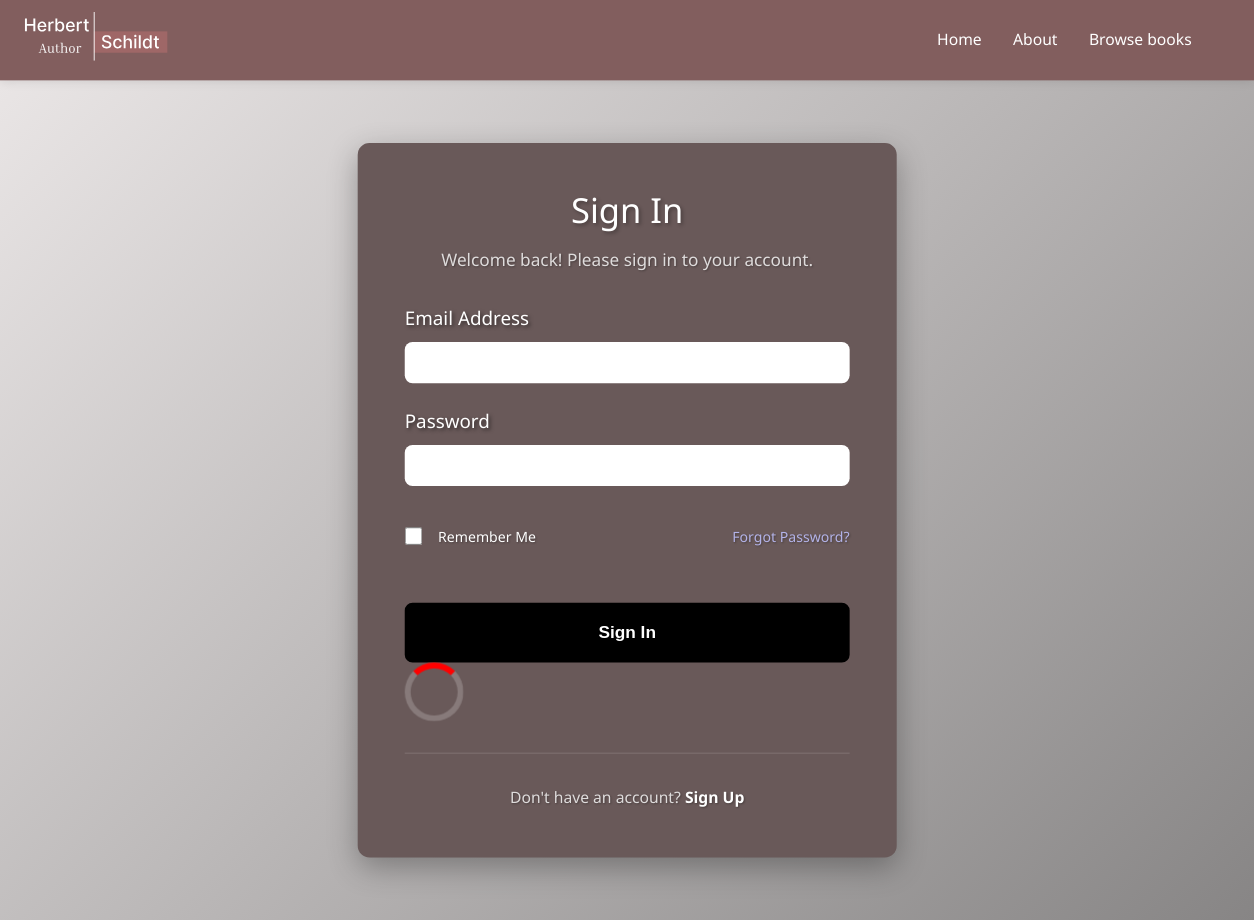
Repository: Darkrepo23/Author-Website-
Page: pages/login.html
These files come from the project's save history. The page is drawn as it stood at one moment and after the next save; the edit follows.
The browser window is 1280 px wide. The pictures show the whole page, at 98% of full size.

Above is the page before, as saved 2025-09-09 16:42:13.

### pages/login.html
<!DOCTYPE html>
<html lang="en">
<head>
    <meta charset="UTF-8">
    <meta name="viewport" content="width=device-width, initial-scale=1.0">
    <title>Sign In - Herbert Schildt</title>
    <link rel="stylesheet" href="../css/styles.css">
    <link rel="stylesheet" href="../css/login.css">
    <link href="https://cdnjs.cloudflare.com/ajax/libs/font-awesome/6.0.0/css/all.min.css" rel="stylesheet">
</head>
<body>
    <!-- Header -->
    <header class="header">
        <div class="header-left">
            <div class="logo">
                <img src="../img/logo-white.svg" alt="Herbert Schildt Logo" class="logo-image">
            </div>
        </div>
        <nav class="nav">
            <a href="../index.html" class="nav-link">Home</a>
            <a href="About/about.html" class="nav-link">About</a>
            <a href="../browse-book.html" class="nav-link">Browse books</a>
        </nav>
    </header>

    <!-- Main Content -->
    <main class="main-content">
        <div class="login-container">
            <div class="login-card">
                <h2 class="login-title">Sign In</h2>
                <p class="login-subtitle">Welcome back! Please sign in to your account.</p>

                <form class="login-form" id="loginForm">
                    <div class="form-group">
                        <label for="email">Email Address</label>
                        <input type="email" id="email" name="email" required>
                    </div>

                    <div class="form-group">
                        <label for="password">Password</label>
                        <input type="password" id="password" name="password" required>
                    </div>

                    <div class="form-options">
                        <label class="checkbox-label">
                            <input type="checkbox" id="remember" name="remember">
                            <span class="checkmark"></span>
                            Remember Me
                        </label>
                        <a href="forgot-password.html" id="forgotLink" class="forgot-link">Forgot Password?</a>
                    </div>

                    <button type="submit" class="login-btn">Sign In</button>
                </form>

        <div class="loading-Overlay" id="loadingOverlay">
            <div class="spinner"></div>
        </div>


                <div class="signup-link">
                    <p>Don't have an account? <a href="signup.html">Sign Up</a></p>
                </div>
            </div>
        </div>
    </main>

    <script src="../js/login.js"></script>
    <script>
        user = localStorage.getItem('users')
        console.log(user)
    </script>
</body>
</html>

### css/styles.css
/* Reset and Base Styles */
* {
    margin: 0;
    padding: 0;
    box-sizing: border-box;
}

body {
    font-family: 'Segoe UI', Tahoma, Geneva, Verdana, sans-serif;
    line-height: 1.6;
    color: #333;
    background: linear-gradient(135deg, #EDE9E9, #878585);
}

/* Header Styles */
.header {
    background: #825E5E;
    color: white;
    padding: 1rem 2rem;
    display: flex;
    align-items: center;
    box-shadow: 0 2px 10px rgba(0,0,0,0.1);
}

.header-left .logo {
    display: flex;
    align-items: center;
    gap: 0.1rem;
    margin-left: -0.5rem;
    transform: translateY(-0.25rem);
}

.logo-image {
    height: 50px;
    width: auto;
    object-fit: contain;
}

.logo-left {
    display: flex;
    flex-direction: column;
    align-items: center;
}

.logo-left h1 {
    font-size: 1rem;
    font-weight: bold;
    margin: 0;
    transform: translateY(0.1rem);
}

.logo-left span {
    font-size: 0.6rem;
    opacity: 0.8;
    margin: 0;
    margin-left: 0;
    transform: translateY(0);
    text-align: center;
}

.logo-separator {
    font-size: 1.1rem;
    font-weight: 300;
    opacity: 0.7;
    margin: 0 0.1rem;
    transform: scaleY(2.5);
}

.logo-right h2 {
    font-size: 1rem;
    font-weight: bold;
    margin: 0;
    background: #B8860B;
    padding: 0.1rem 0.3rem;
    border-radius: 4px;
    transform: translateY(0.8rem);
}

.nav {
    display: flex;
    gap: 2rem;
    margin-left: auto;
    margin-right: 2rem;
}

.nav-link {
    color: white;
    text-decoration: none;
    font-weight: 500;
    transition: opacity 0.3s;
}

.nav-link:hover {
    opacity: 0.8;
}

.header-right {
    display: flex;
    align-items: center;
    gap: 2rem;
}

.cart-icon {
    position: relative;
    cursor: pointer;
    font-size: 1.5rem;
    transition: transform 0.3s;
}

.cart-icon:hover {
    transform: scale(1.1);
}

.cart-count {
    position: absolute;
    top: -8px;
    right: -8px;
    background: #dc3545;
    color: white;
    border-radius: 50%;
    width: 20px;
    height: 20px;
    display: flex;
    align-items: center;
    justify-content: center;
    font-size: 0.8rem;
    font-weight: bold;
}

.user-profile {
    display: flex;
    align-items: center;
    gap: 1rem;
}

.user-avatar {
    width: 40px;
    height: 40px;
    background: rgba(255,255,255,0.2);
    border-radius: 50%;
    display: flex;
    align-items: center;
    justify-content: center;
    font-size: 1.2rem;
}

.user-info {
    display: flex;
    flex-direction: column;
}

.user-name {
    font-weight: 600;
    font-size: 0.9rem;
}

.user-status {
    font-size: 0.8rem;
    opacity: 0.8;
}

/* Main Content Styles */
.main-content {
    max-width: 1200px;
    margin: 0 auto;
    padding: 2rem;
}

.section-title {
    font-size: 2.5rem;
    font-weight: bold;
    text-align: center;
    margin-bottom: 1rem;
    color: #2c3e50;
}

.section-description {
    text-align: center;
    font-size: 1.1rem;
    color: #666;
    margin-bottom: 2rem;
    max-width: 600px;
    margin-left: auto;
    margin-right: auto;
}

/* Browse Section */
.browse-section {
    text-align: center;
    margin-bottom: 4rem;
}

.search-container {
    display: flex;
    justify-content: center;
    gap: 0.5rem;
    max-width: 500px;
    margin: 0 auto;
}

.search-input {
    flex: 1;
    padding: 1rem;
    border: 2px solid #ddd;
    border-radius: 8px;
    font-size: 1rem;
    outline: none;
    transition: border-color 0.3s;
}

.search-input:focus {
    border-color: #8B4513;
}

.search-btn {
    background: #dc3545;
    color: white;
    border: none;
    padding: 1rem 1.5rem;
    border-radius: 8px;
    cursor: pointer;
    font-size: 1rem;
    transition: background-color 0.3s;
}

.search-btn:hover {
    background: #c82333;
}

/* Languages Section */
.languages-section {
    margin-bottom: 4rem;
}

.languages-section .section-title {
    font-size: 2rem;
    margin-bottom: 2rem;
}

.language-cards {
    display: flex;
    justify-content: center;
    gap: 2rem;
    max-width: 900px;
    margin: 0 auto;
    flex-wrap: wrap;
}

.language-card {
    background: #495057;
    color: white;
    padding: 2rem;
    border-radius: 12px;
    text-align: center;
    cursor: pointer;
    transition: transform 0.3s, box-shadow 0.3s;
}

.language-card:hover {
    transform: translateY(-5px);
    box-shadow: 0 10px 25px rgba(0,0,0,0.2);
}

.language-icon {
    font-size: 3rem;
    margin-bottom: 1rem;
    color: white;
    display: flex;
    align-items: center;
    justify-content: center;
}

.language-card h4 {
    font-size: 1.5rem;
    margin-bottom: 0.5rem;
}

.language-card p {
    opacity: 0.9;
    font-size: 1rem;
}

/* Featured Books Section */
.featured-section {
    margin-bottom: 4rem;
}

.featured-section .section-title {
    font-size: 2rem;
    margin-bottom: 2rem;
}

.books-grid {
    display: grid;
    grid-template-columns: repeat(auto-fit, minmax(350px, 1fr));
    gap: 2rem;
    margin-bottom: 2rem;
    justify-items: center;
    max-width: 1200px;
    margin-left: auto;
    margin-right: auto;
}

.book-card {
    background: white;
    border-radius: 12px;
    overflow: hidden;
    box-shadow: 0 5px 15px rgba(0,0,0,0.1);
    transition: transform 0.3s, box-shadow 0.3s;
    width: 100%;
    max-width: 350px;
    min-height: 500px;
    display: flex;
    flex-direction: column;
}

.book-card:hover {
    transform: translateY(-5px);
    box-shadow: 0 15px 30px rgba(0,0,0,0.15);
}

.book-cover {
    height: 200px;
    min-height: 200px;
    max-height: 200px;
    display: flex;
    align-items: center;
    justify-content: center;
    color: white;
    font-weight: bold;
    text-align: center;
    padding: 1rem;
    position: relative;
    flex-shrink: 0;
}

.book-cover.java {
    background: linear-gradient(135deg, #dc3545, #c82333);
}

.book-cover.c {
    background: linear-gradient(135deg, #fd7e14, #e55a00);
}

.book-cover.cpp {
    background: repeating-linear-gradient(
        45deg,
        #000,
        #000 10px,
        #fff 10px,
        #fff 20px
    );
    color: #000;
}

.book-cover.csharp {
    background: linear-gradient(135deg, #68217A, #512BD4);
}

.book-cover.python {
    background: linear-gradient(135deg, #3776AB, #FFD43B);
    color: #000;
}

.book-banner {
    position: absolute;
    top: 10px;
    right: 10px;
    background: #dc3545;
    color: white;
    padding: 0.25rem 0.5rem;
    border-radius: 4px;
    font-size: 0.8rem;
    font-weight: bold;
}

.book-info {
    padding: 1.5rem;
    flex: 1;
    display: flex;
    flex-direction: column;
    justify-content: space-between;
}

.book-title {
    font-size: 1.3rem;
    font-weight: bold;
    margin-bottom: 0.5rem;
    color: #2c3e50;
}

.book-description {
    color: #666;
    margin-bottom: 1rem;
    line-height: 1.5;
}

.book-rating {
    display: flex;
    align-items: center;
    gap: 0.5rem;
    margin-bottom: 1rem;
}

.stars {
    color: #ffc107;
}

.rating-score {
    font-weight: bold;
    color: #2c3e50;
}

.book-price {
    font-size: 1.5rem;
    font-weight: bold;
    color: #2c3e50;
    margin-bottom: 1rem;
}

.book-actions {
    display: flex;
    gap: 1rem;
    margin-top: auto;
}

.preview-btn {
    background: white;
    color: #2c3e50;
    border: 2px solid #ddd;
    padding: 0.75rem 1.5rem;
    border-radius: 8px;
    cursor: pointer;
    font-weight: 500;
    transition: all 0.3s;
    display: flex;
    align-items: center;
    gap: 0.5rem;
}

.preview-btn:hover {
    border-color: #8B4513;
    color: #8B4513;
}

.add-to-cart-btn {
    background: #dc3545;
    color: white;
    border: none;
    padding: 0.75rem 1.5rem;
    border-radius: 8px;
    cursor: pointer;
    font-weight: 500;
    transition: background-color 0.3s;
    display: flex;
    align-items: center;
    gap: 0.5rem;
    flex: 1;
}

.add-to-cart-btn:hover {
    background: #c82333;
}

.load-more-btn {
    background: #dc3545;
    color: white;
    border: none;
    padding: 1rem 2rem;
    border-radius: 8px;
    cursor: pointer;
    font-size: 1rem;
    font-weight: 500;
    transition: background-color 0.3s;
    display: block;
    margin: 0 auto;
}

.load-more-btn:hover {
    background: #c82333;
}

/* Footer Styles */
.footer {
    background: #495057;
    color: white;
    padding: 3rem 2rem 1rem;
}

.footer-content {
    max-width: 1200px;
    margin: 0 auto;
    display: grid;
    grid-template-columns: 1fr 1fr;
    gap: 3rem;
    margin-bottom: 2rem;
}

.footer-left h4,
.footer-right h4 {
    font-size: 1.5rem;
    margin-bottom: 1rem;
    color: #fff;
}

.footer-left p {
    margin-bottom: 1.5rem;
    line-height: 1.6;
    opacity: 0.9;
}

.social-icons {
    display: flex;
    gap: 1rem;
}

.social-icon {
    width: 40px;
    height: 40px;
    background: #000;
    border-radius: 50%;
    display: flex;
    align-items: center;
    justify-content: center;
    color: white;
    text-decoration: none;
    transition: background-color 0.3s;
}

.social-icon:hover {
    background: #dc3545;
}

.contact-info {
    display: flex;
    flex-direction: column;
    gap: 1rem;
}

.contact-item {
    display: flex;
    align-items: center;
    gap: 1rem;
}

.contact-item i {
    width: 20px;
    color: #dc3545;
}

.footer-bottom {
    text-align: center;
    padding-top: 2rem;
    border-top: 1px solid rgba(255,255,255,0.1);
    opacity: 0.8;
}

/* Modal Styles */
.cart-modal,
.preview-modal {
    display: none;
    position: fixed;
    top: 0;
    left: 0;
    width: 100%;
    height: 100%;
    background: rgba(0,0,0,0.5);
    z-index: 1000;
}

.cart-content,
.preview-content {
    position: absolute;
    top: 50%;
    left: 50%;
    transform: translate(-50%, -50%);
    background: white;
    padding: 2rem;
    border-radius: 12px;
    max-width: 500px;
    width: 90%;
    max-height: 80vh;
    overflow-y: auto;
}

.cart-header,
.preview-header {
    display: flex;
    justify-content: space-between;
    align-items: center;
    margin-bottom: 1.5rem;
    padding-bottom: 1rem;
    border-bottom: 1px solid #ddd;
}

.close-cart,
.close-preview {
    background: none;
    border: none;
    font-size: 1.5rem;
    cursor: pointer;
    color: #666;
}

.close-cart:hover,
.close-preview:hover {
    color: #dc3545;
}

.cart-items {
    margin-bottom: 1.5rem;
}

.cart-item {
    display: flex;
    justify-content: space-between;
    align-items: center;
    padding: 1rem 0;
    border-bottom: 1px solid #eee;
}

.cart-item-info h5 {
    margin-bottom: 0.25rem;
}

.cart-item-price {
    font-weight: bold;
    color: #dc3545;
}

.remove-item {
    background: #dc3545;
    color: white;
    border: none;
    padding: 0.5rem;
    border-radius: 4px;
    cursor: pointer;
    font-size: 0.8rem;
}

.cart-total {
    font-size: 1.2rem;
    font-weight: bold;
    text-align: right;
    margin-bottom: 1rem;
    padding-top: 1rem;
    border-top: 2px solid #ddd;
}

.checkout-btn {
    background: #28a745;
    color: white;
    border: none;
    padding: 1rem 2rem;
    border-radius: 8px;
    cursor: pointer;
    font-size: 1rem;
    font-weight: 500;
    width: 100%;
    transition: background-color 0.3s;
}

.checkout-btn:hover {
    background: #218838;
}

/* Responsive Design */
@media (max-width: 768px) {
    .header {
        flex-direction: column;
        gap: 1rem;
        padding: 1rem;
    }

    .header-right {
        gap: 1rem;
    }

    .main-content {
        padding: 1rem;
    }

    .section-title {
        font-size: 2rem;
    }

    .language-cards {
        flex-direction: column;
        align-items: center;
        gap: 1.5rem;
    }

    .books-grid {
        grid-template-columns: 1fr;
        justify-items: center;
    }

    .footer-content {
        grid-template-columns: 1fr;
        gap: 2rem;
    }

    .search-container {
        flex-direction: column;
    }

    .book-actions {
        flex-direction: column;
    }
}

@media (max-width: 480px) {
    .header {
        padding: 0.5rem;
    }

    .logo-left h1 {
        font-size: 1.2rem;
    }

    .logo-right h2 {
        font-size: 1.1rem;
    }

    .logo-separator {
        font-size: 1.5rem;
    }

    .main-content {
        padding: 0.5rem;
    }

    .section-title {
        font-size: 1.5rem;
    }

    .cart-content,
    .preview-content {
        width: 95%;
        padding: 1rem;
    }
}

### css/login.css
/* Login Page Styles */
.login-container {
    display: flex;
    justify-content: center;
    align-items: center;
    min-height: calc(100vh - 200px);
    padding: 2rem;
}

.login-card {
    background: #695959;
    color: white;
    padding: 2.5rem 3rem 3rem 3rem;
    border-radius: 12px;
    box-shadow: 0 10px 30px rgba(0,0,0,0.3);
    width: 100%;
    max-width: 550px;
}

.login-title {
    font-size: 2.2rem;
    font-weight: 500;
    text-align: center;
    margin-bottom: 0.5rem;
    color: white;
    text-shadow: 2px 2px 4px rgba(0,0,0,0.3);
}

.login-subtitle {
    text-align: center;
    color: rgba(255,255,255,0.8);
    margin-bottom: 2rem;
    font-size: 1.1rem;
    text-shadow: 1px 1px 2px rgba(0,0,0,0.3);
}

.login-form {
    display: flex;
    flex-direction: column;
    gap: 1.5rem;
}

.form-group {
    display: flex;
    flex-direction: column;
    gap: 0.5rem;
}

.form-group label {
    font-weight: 500;
    color: white;
    font-size: 1.2rem;
    text-shadow: 2px 2px 4px rgba(0,0,0,0.5);
}

.form-group input {
    padding: 0.75rem;
    border: none;
    border-radius: 8px;
    font-size: 1rem;
    background: white;
    color: #333;
    transition: box-shadow 0.3s;
}

.form-group input:focus {
    outline: none;
    box-shadow: 0 0 0 3px rgba(139, 69, 19, 0.3);
}

.form-options {
    display: flex;
    justify-content: space-between;
    align-items: center;
    margin: 1rem 0;
}

.checkbox-label {
    display: flex;
    align-items: center;
    gap: 0.5rem;
    cursor: pointer;
    color: white;
    font-size: 0.9rem;
    text-shadow: 1px 1px 2px rgba(0,0,0,0.3);
}

.checkbox-label input[type="checkbox"] {
    width: 18px;
    height: 18px;
    margin: 0;
}

.forgot-link {
    color: #B3B3E8;
    text-decoration: none;
    font-size: 0.9rem;
    transition: color 0.3s;
    text-shadow: 1px 1px 2px rgba(0,0,0,0.3);
}

.forgot-link:hover {
    color: #B3B3E8;
    text-decoration: underline;
}

.login-btn {
    background: #000000;
    color: white;
    border: 4px solid #000000;
    padding: 1rem 2rem;
    border-radius: 8px;
    font-size: 1.1rem;
    font-weight: 900;
    cursor: pointer;
    transition: all 0.3s;
    margin-top: 1rem;
}

.login-btn:hover {
    background: #333333;
}

.signup-link {
    text-align: center;
    margin-top: 2rem;
    padding-top: 2rem;
    border-top: 1px solid rgba(255,255,255,0.2);
}

.signup-link p {
    color: rgba(255,255,255,0.8);
    margin: 0;
    text-shadow: 1px 1px 2px rgba(0,0,0,0.3);
}

.signup-link a {
    color: white;
    text-decoration: none;
    font-weight: 600;
    transition: color 0.3s;
    text-shadow: 1px 1px 2px rgba(0,0,0,0.3);
}

.signup-link a:hover {
    color: white;
    text-decoration: underline;
}

    .loading-overlay {
    position: fixed;
    top: 0;
    left: 0;
    width: 100%;
    height: 100%;
    background: rgba(0, 0, 0, 0.8);
    display: none; /* hidden first */
    justify-content: center;
    align-items: center;
    z-index: 9999;
  }

  .spinner {
    width: 60px;
    height: 60px;
    border: 6px solid #ffffff33;
    border-top-color: red;
    border-radius: 50%;
    animation: spin 1s linear infinite;
  }

  @keyframes spin {
    to {
      transform: rotate(360deg);
    }
  }



/* Responsive Design */
@media (max-width: 768px) {
    .login-container {
        padding: 1rem;
    }

    .login-card {
        padding: 2rem;
    }

    .login-title {
        font-size: 2rem;
    }

    .form-options {
        flex-direction: column;
        gap: 1rem;
        align-items: flex-start;
    }
}

@media (max-width: 480px) {
    .login-card {
        padding: 1.5rem;
    }

    .login-title {
        font-size: 1.8rem;
    }

    .login-subtitle {
        font-size: 1rem;
    }
}

Loaded but not shown: js/login.js (183 lines, source omitted)

After the next save:
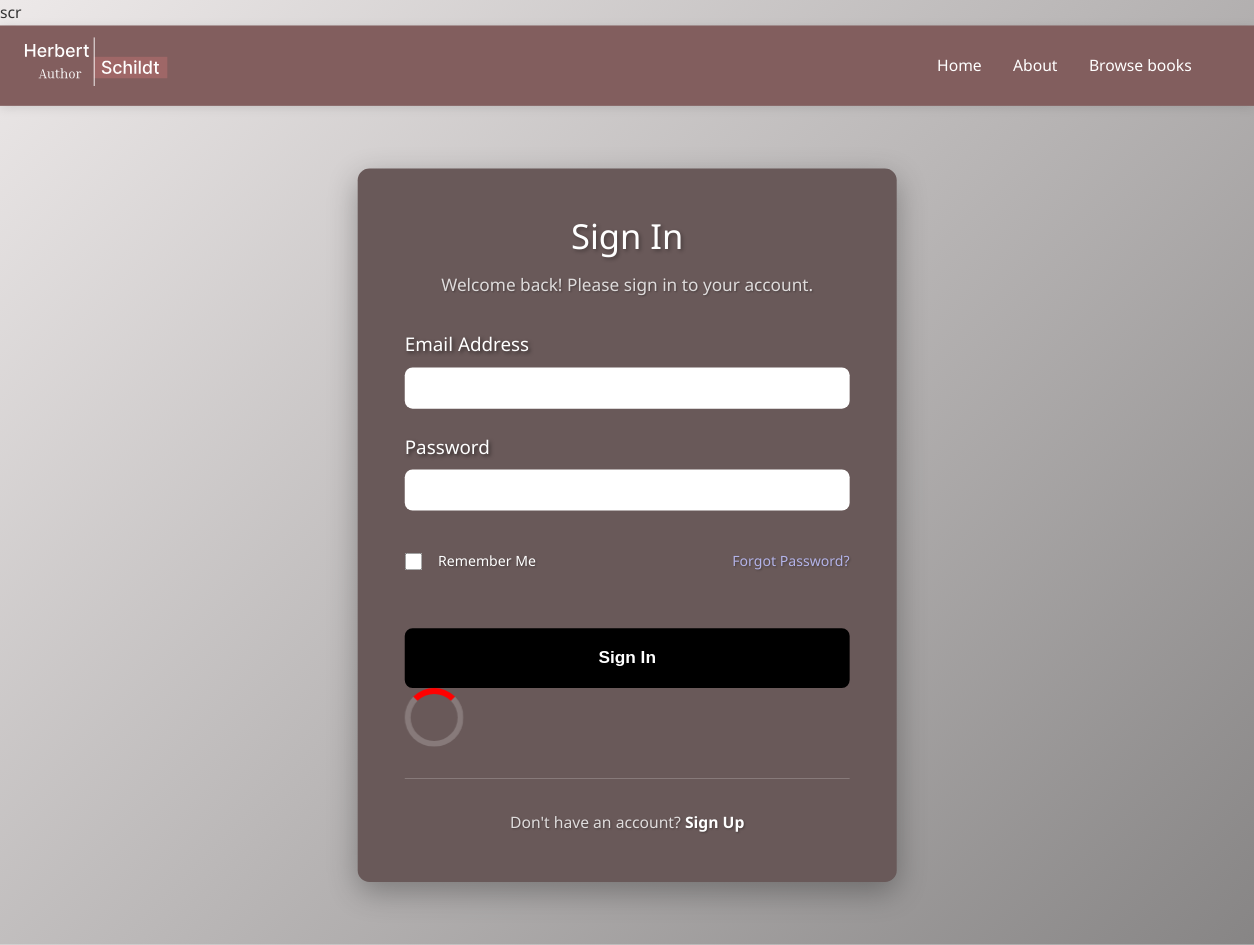
Saved 30 s later.
--- a/pages/login.html
+++ b/pages/login.html
@@ -1,13 +1,16 @@
 <!DOCTYPE html>
 <html lang="en">
+
 <head>
     <meta charset="UTF-8">
     <meta name="viewport" content="width=device-width, initial-scale=1.0">
     <title>Sign In - Herbert Schildt</title>
     <link rel="stylesheet" href="../css/styles.css">
     <link rel="stylesheet" href="../css/login.css">
+    scr
     <link href="https://cdnjs.cloudflare.com/ajax/libs/font-awesome/6.0.0/css/all.min.css" rel="stylesheet">
 </head>
+
 <body>
     <!-- Header -->
     <header class="header">
@@ -53,9 +56,9 @@
                     <button type="submit" class="login-btn">Sign In</button>
                 </form>
 
-        <div class="loading-Overlay" id="loadingOverlay">
-            <div class="spinner"></div>
-        </div>
+                <div class="loading-Overlay" id="loadingOverlay">
+                    <div class="spinner"></div>
+                </div>
 
 
                 <div class="signup-link">
@@ -71,4 +74,5 @@
         console.log(user)
     </script>
 </body>
+
 </html>

After the save that followed:
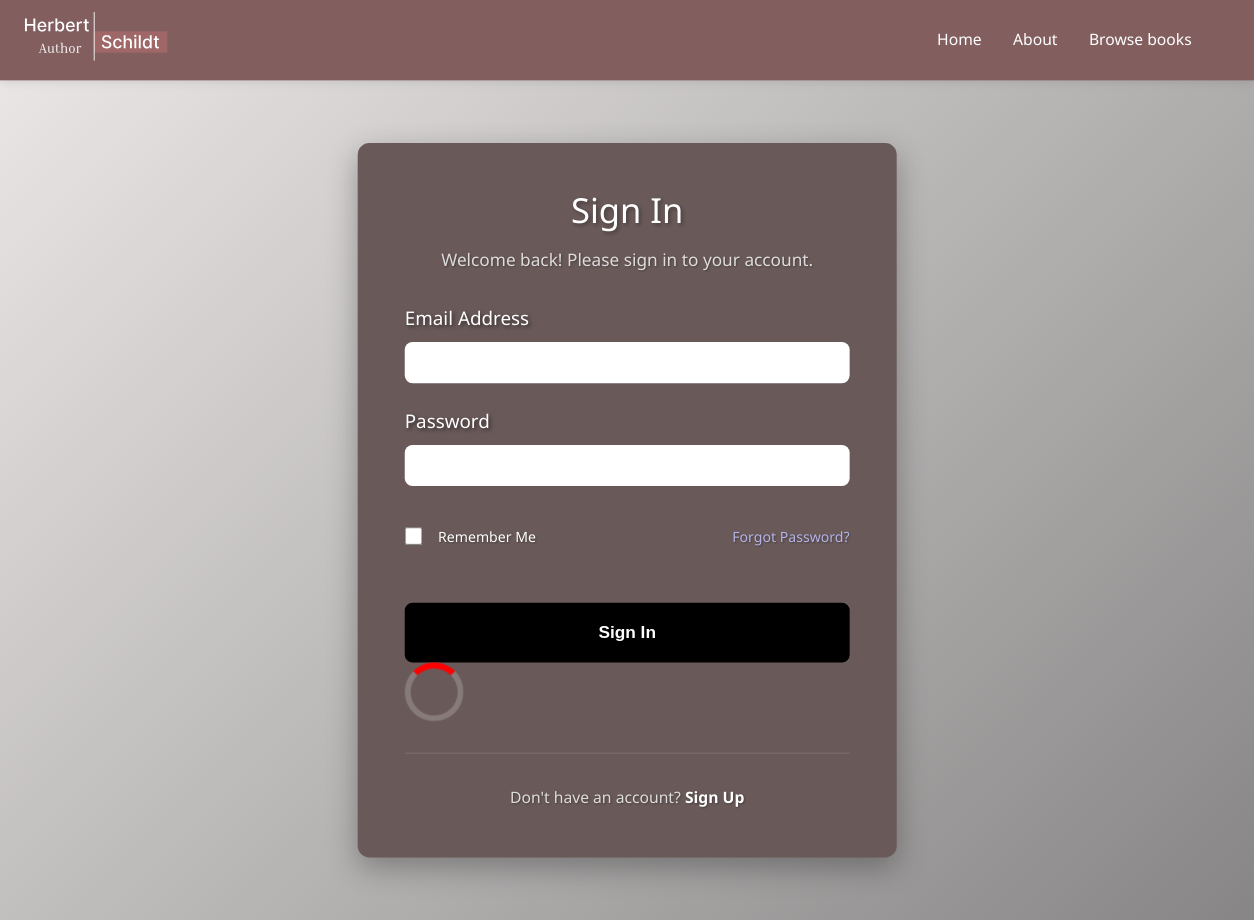
Saved 8 s later.
--- a/pages/login.html
+++ b/pages/login.html
@@ -7,7 +7,7 @@
     <title>Sign In - Herbert Schildt</title>
     <link rel="stylesheet" href="../css/styles.css">
     <link rel="stylesheet" href="../css/login.css">
-    scr
+    <script src=""></script>
     <link href="https://cdnjs.cloudflare.com/ajax/libs/font-awesome/6.0.0/css/all.min.css" rel="stylesheet">
 </head>
 
